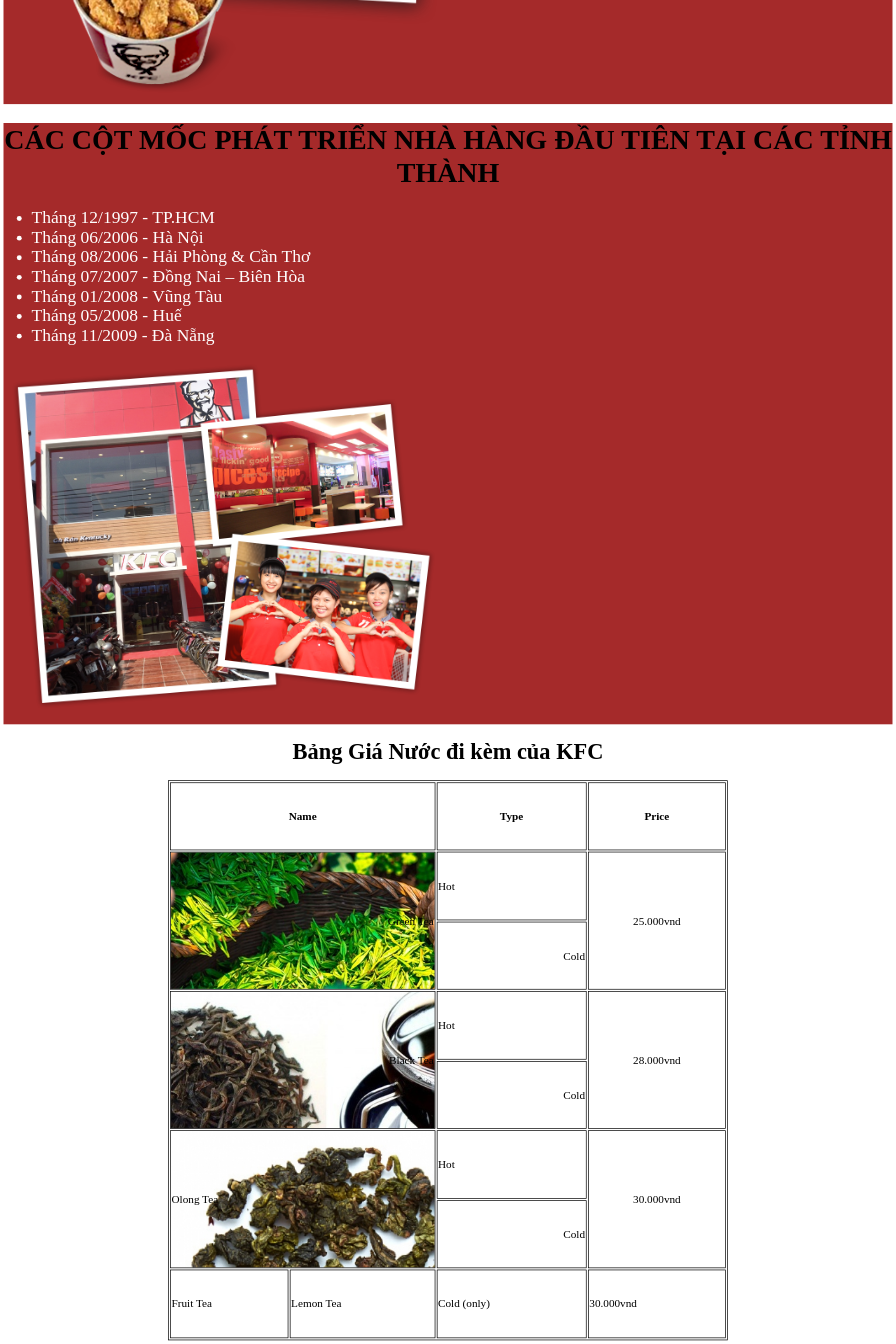
Repository: giahuy405/BC38__-BaiTapHTML_KFC__Pham_Gia_Huy
Page: index.html
An editor plug-in stored every save of this project. The page is shown before and after the next save, followed by the edit.
The browser window is 1280 px wide. The pictures show the part of the page from y = 1044 to 2964 px (the page is 2964 px tall), at 70% of full size.

Above is the page before, as saved 2022-09-06 21:11:17.

After the next save:
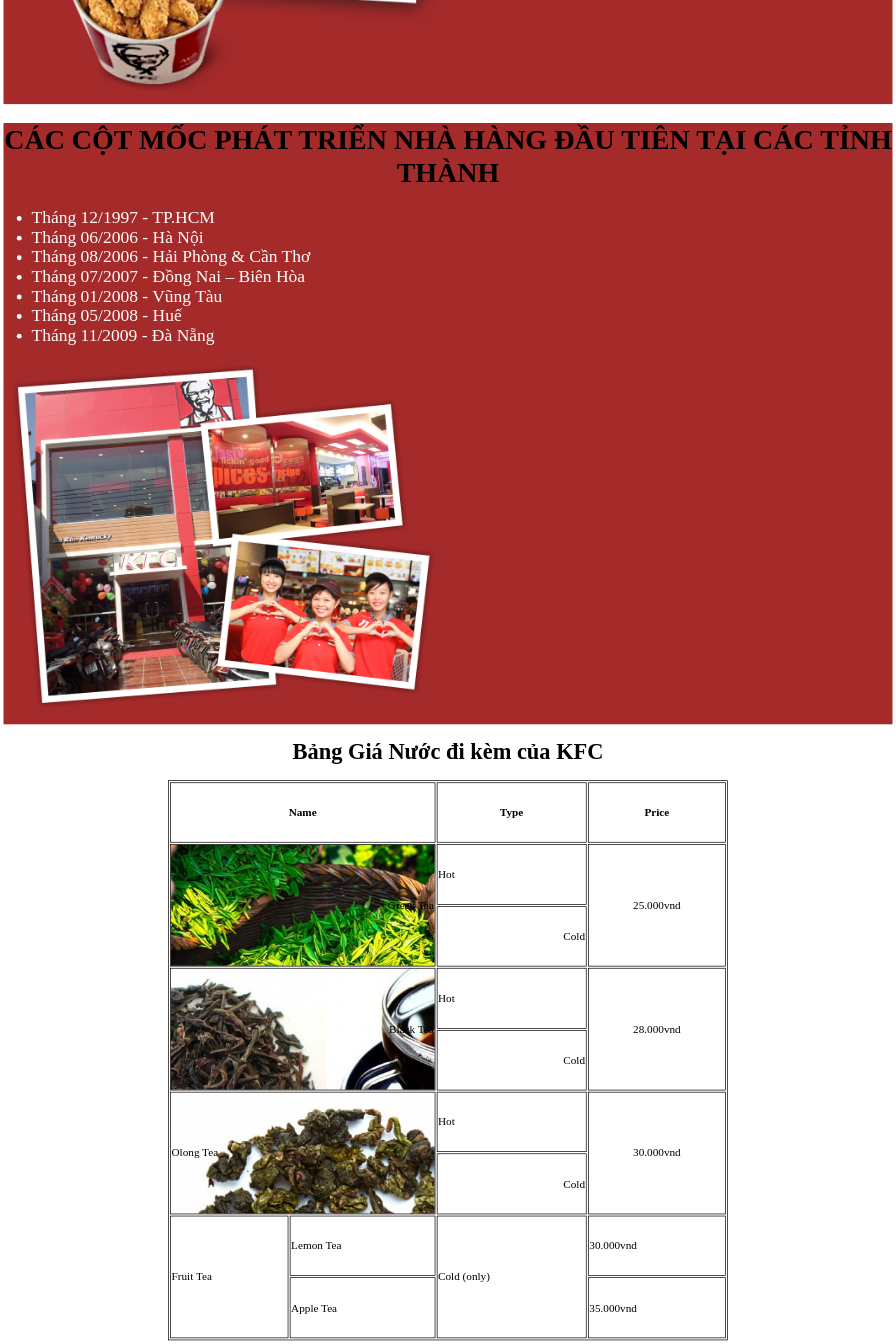
Saved 23 s later.
--- a/index.html
+++ b/index.html
@@ -87,6 +87,10 @@
                 <td rowspan="3">Cold (only)</td>
                 <td>30.000vnd</td>
             </tr>
+            <tr>
+                <td>Apple Tea</td>
+                <td rowspan="2">35.000vnd</td>
+            </tr>
 
         </table>
     </div>
